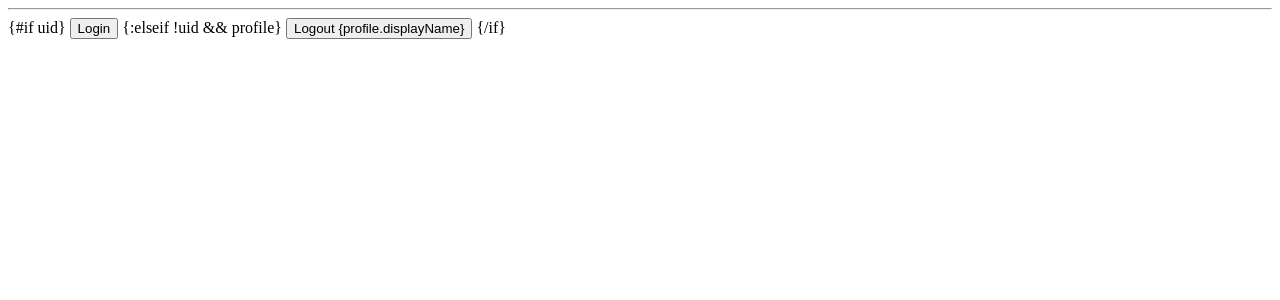
Repository: nicobrinkkemper/firebase-svelte-tododemo
Page: src/components/Nav.html
These files come from the project's save history. The page is drawn as it stood at one moment and after the next save; the edit follows.
The browser window is 1280 px wide. The pictures show the whole page.

Above is the page before, as saved 2018-11-24 18:07:07.
Console error: SyntaxError: Unexpected token 'export'

After the next save:
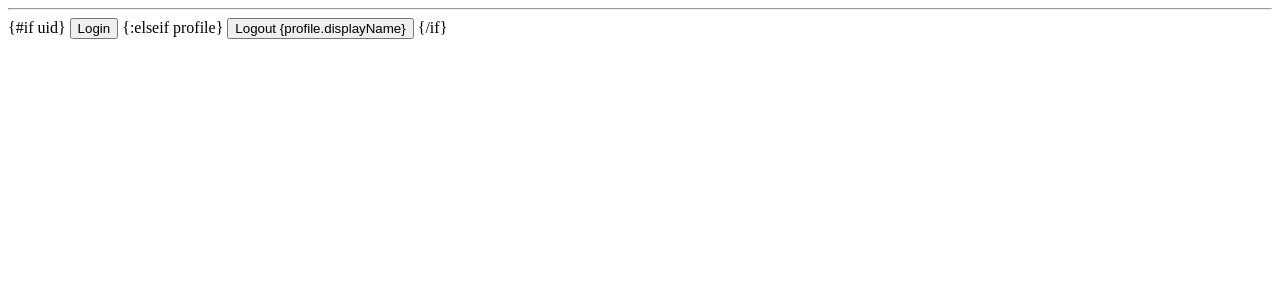
Saved 6 s later.
--- a/src/components/Nav.html
+++ b/src/components/Nav.html
@@ -7,7 +7,7 @@
 			<div class="col-md-12">
 				{#if uid}
 				<button class="btn btn-success" onClick={onLogin}>Login</button>
-				{:elseif !uid && profile}
+				{:elseif profile}
 				<button class="btn btn-danger" onClick={onLogout}>Logout {profile.displayName}</button>
 				{/if}
 			</div>
